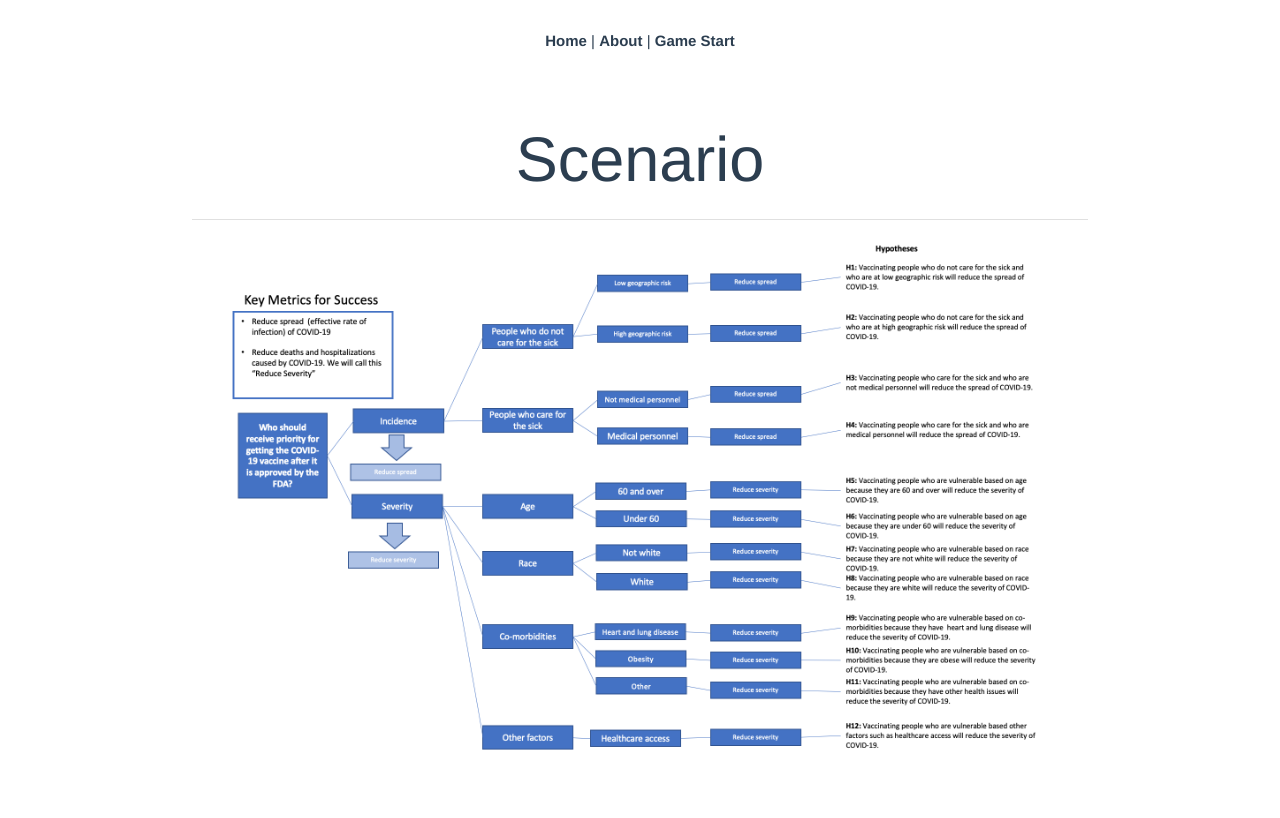
Repository: gallard28/posc4210app
Page: /#/scenario
These files come from the project's save history. The page is drawn as it stood at one moment and after the next save; the edit follows.
The browser window is 1280 px wide. The pictures show the whole page.
The project was rebuilt for these pictures with package versions that can differ from the ones it lists, and the page was loaded fresh each time. Also part of the build but not shown: src/views/Home.vue, src/views/Start.vue.

Above is the page before, as saved 2020-09-20 20:34:08.

### public/index.html
<!DOCTYPE html>
<html lang="en">
  <head>
    <meta charset="utf-8">
    <meta http-equiv="X-UA-Compatible" content="IE=edge">
    <meta name="viewport" content="width=device-width,initial-scale=1.0">
    <link rel="icon" href="<%= BASE_URL %>favicon.ico">
    <title><%= htmlWebpackPlugin.options.title %></title>

    <!-- Materialize CSS -->
    <!-- Compiled and minified CSS -->
    <link rel="stylesheet" href="https://cdnjs.cloudflare.com/ajax/libs/materialize/1.0.0/css/materialize.min.css">

    <!-- Compiled and minified JavaScript -->
    <script src="https://cdnjs.cloudflare.com/ajax/libs/materialize/1.0.0/js/materialize.min.js"></script>

    <!-- Google Fonts -->
    <link href="https://fonts.googleapis.com/icon?family=Material+Icons" rel="stylesheet">

  </head>
  <body>
    <noscript>
      <strong>We're sorry but <%= htmlWebpackPlugin.options.title %> doesn't work properly without JavaScript enabled. Please enable it to continue.</strong>
    </noscript>
    <div id="app"></div>
    <!-- built files will be auto injected -->
  </body>
</html>

### src/App.vue
<template>
  <div id="app">
    <div id="nav">
      <router-link to="/">Home</router-link> |
      <router-link to="/about">About</router-link> |
      <router-link to="/start">Game Start</router-link>
    </div>
    <router-view/>
  </div>
</template>

<style>
#app {
  font-family: Avenir, Helvetica, Arial, sans-serif;
  -webkit-font-smoothing: antialiased;
  -moz-osx-font-smoothing: grayscale;
  text-align: center;
  color: #2c3e50;
}

#nav {
  padding: 30px;
}

#nav a {
  font-weight: bold;
  color: #2c3e50;
}

#nav a.router-link-exact-active {
  color: #42b983;
}
</style>

### src/router/index.js
import Vue from 'vue'
import VueRouter from 'vue-router'
import Home from '../views/Home.vue'
import Start from '../views/Start.vue'
import Scenario from '../views/Scenario.vue'

Vue.use(VueRouter)

const routes = [
  {
    path: '/',
    name: 'Home',
    component: Home
  },
  {
    path: '/start',
    name: 'Start',
    component: Start
  },
  {
    path: '/scenario',
    name: 'Scenario',
    component: Scenario
  },
  {
    path: '/about',
    name: 'About',
    // route level code-splitting
    // this generates a separate chunk (about.[hash].js) for this route
    // which is lazy-loaded when the route is visited.
    component: () => import(/* webpackChunkName: "about" */ '../views/About.vue')
  }
]

const router = new VueRouter({
  routes
})

export default router

### src/views/Scenario.vue
<template>
  <div class="scenario container">
    <h1>Scenario</h1>
    <div class="divider"></div>
    <div class="section">
      <div class="row">
        <div class="col s12">
          <img src="src/assets/Logic Tree_COVID vaccine.png" class="responsive-img">
        </div>
      </div>
    </div>
  </div>
</template>

<script>
export default {
  name: "scenario"

}
</script>

<style scoped>

</style>

Loaded but not shown: src/main.js (common file)

After the next save:
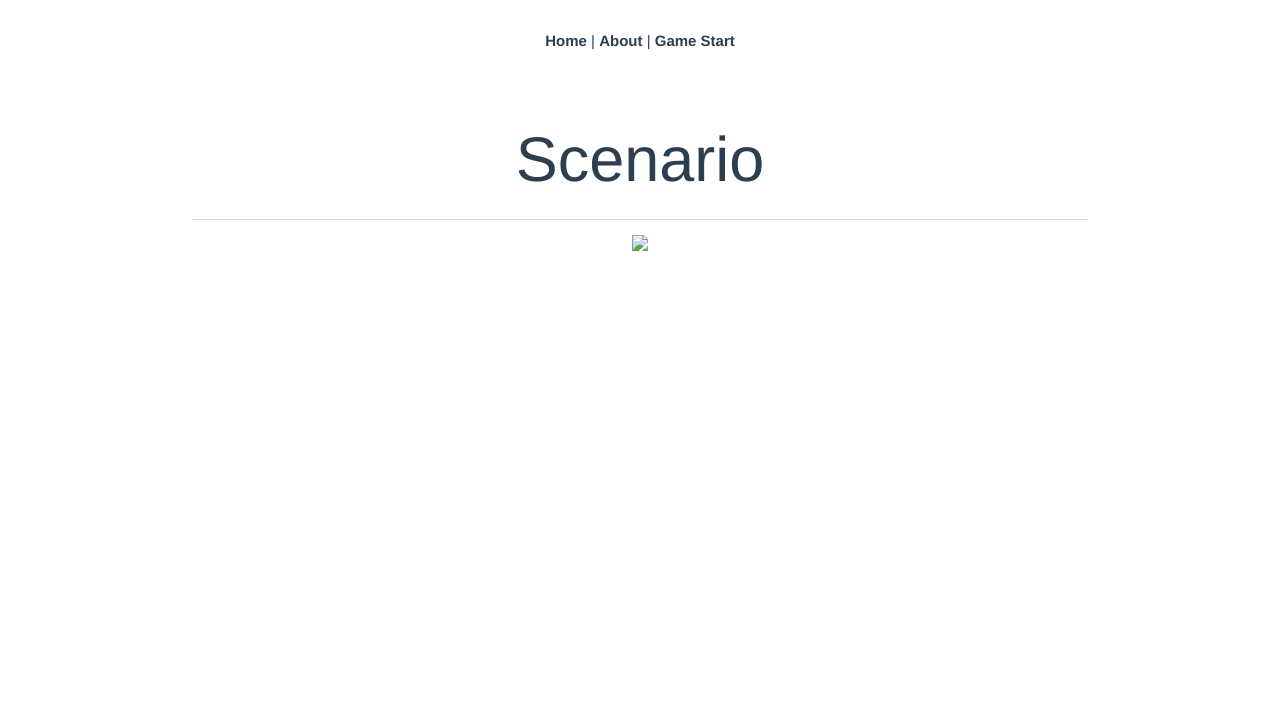
Not found: assets/Logic Tree_COVID vaccine.png
Saved 21 s later.
--- a/src/views/Scenario.vue
+++ b/src/views/Scenario.vue
@@ -5,7 +5,7 @@
     <div class="section">
       <div class="row">
         <div class="col s12">
-          <img src="src/assets/Logic Tree_COVID vaccine.png" class="responsive-img">
+          <img src="assets/Logic Tree_COVID vaccine.png" class="responsive-img">
         </div>
       </div>
     </div>

After the 3 saves that followed:
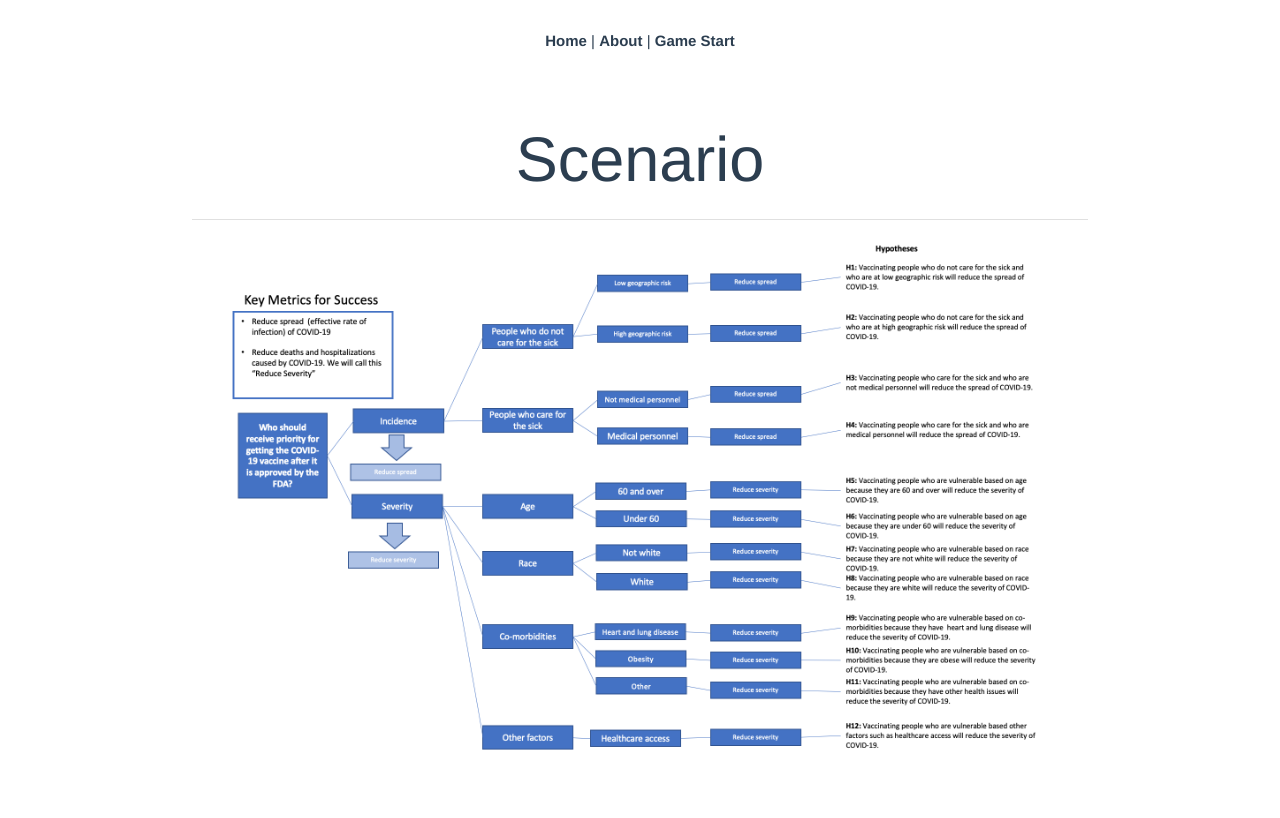
The 3 saves are shown as one change because 1 left the picture as it was and some came seconds apart.
The last was saved 34 s later.
--- a/src/views/Scenario.vue
+++ b/src/views/Scenario.vue
@@ -5,7 +5,7 @@
     <div class="section">
       <div class="row">
         <div class="col s12">
-          <img src="assets/Logic Tree_COVID vaccine.png" class="responsive-img">
+          <img src="~/assets/Logic Tree_COVID vaccine.png" class="responsive-img">
         </div>
       </div>
     </div>
